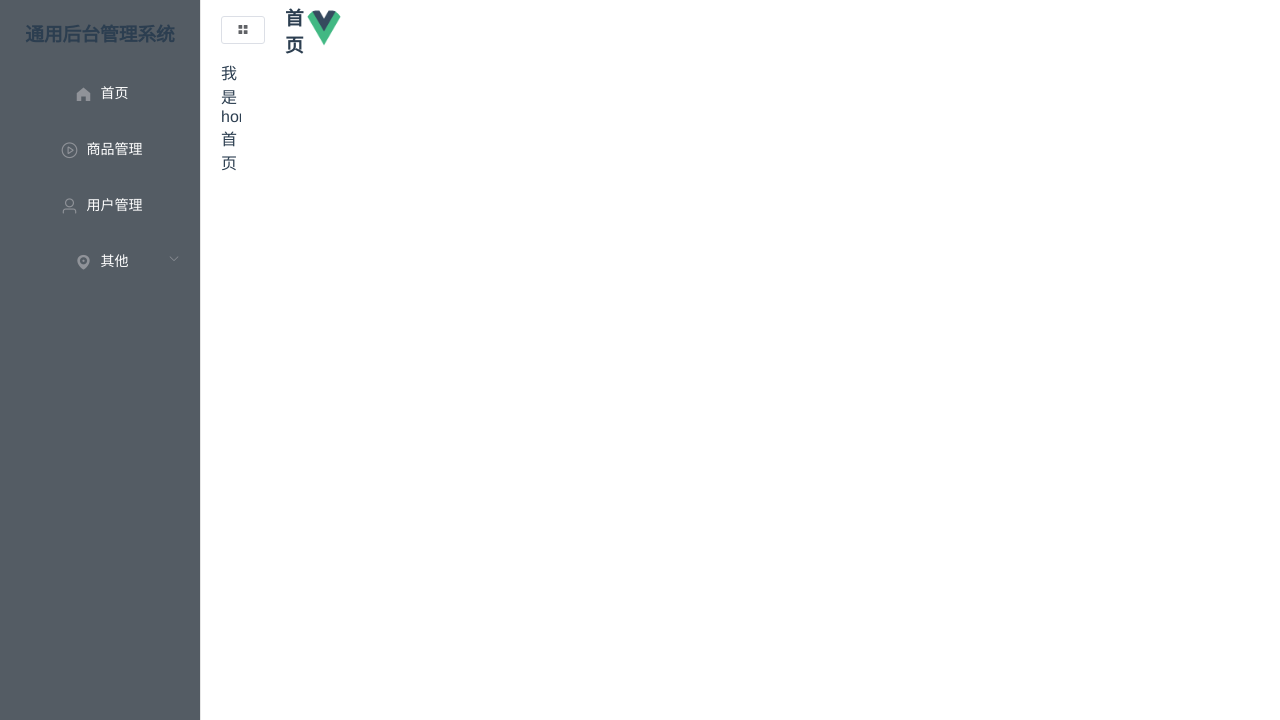
Repository: 385841539/VueStudy
Page: / (app in vue_cli/)
An editor plug-in stored every save of this project. The page is shown before and after the next save, followed by the edit.
The browser window is 1280 px wide. The pictures show the whole page.
The project was rebuilt for these pictures with package versions that can differ from the ones it lists, and the page was loaded fresh each time. Also part of the build but not shown: vue_cli/vue.config.js.

Above is the page before, as saved 2022-01-13 10:02:26.

After the next save:
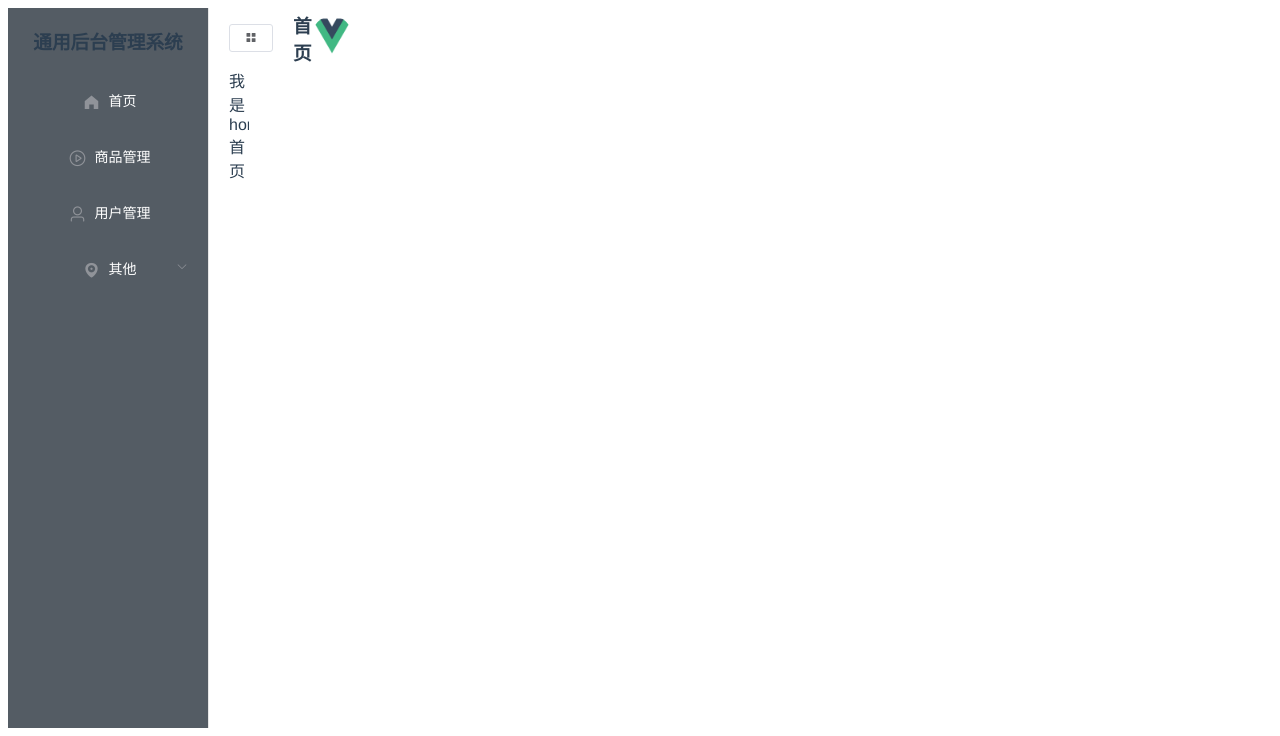
Saved 10 s later.
--- a/vue_cli/public/index.html
+++ b/vue_cli/public/index.html
@@ -10,12 +10,12 @@
     <%= htmlWebpackPlugin.options.title %>
   </title>
   <style>
-    body {
+    /* body {
 
       padding: 0px;
       margin: 0px;
       width: 100%;
-      height: 100%;
+      height: 100%; */
 
     }
   </style>

After the save that followed:
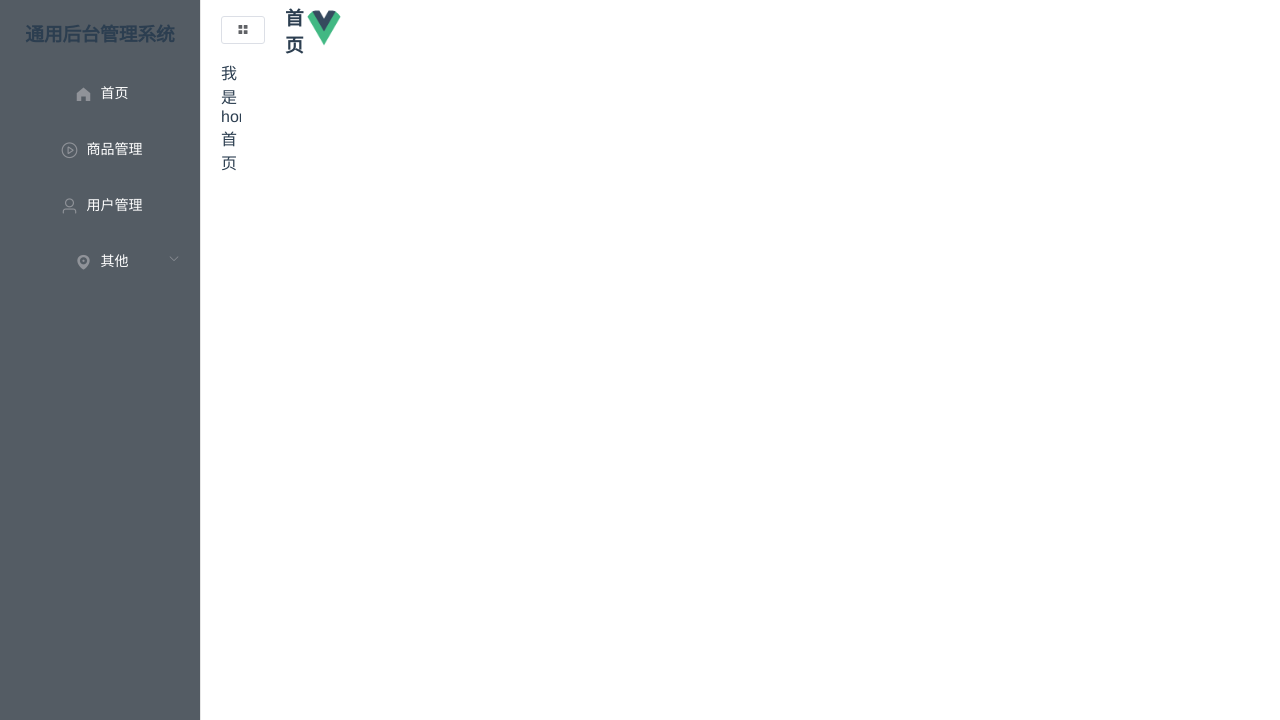
Saved 6 s later.
--- a/vue_cli/public/index.html
+++ b/vue_cli/public/index.html
@@ -10,12 +10,12 @@
     <%= htmlWebpackPlugin.options.title %>
   </title>
   <style>
-    /* body {
+    body {
 
       padding: 0px;
       margin: 0px;
       width: 100%;
-      height: 100%; */
+      height: 100%;
 
     }
   </style>
